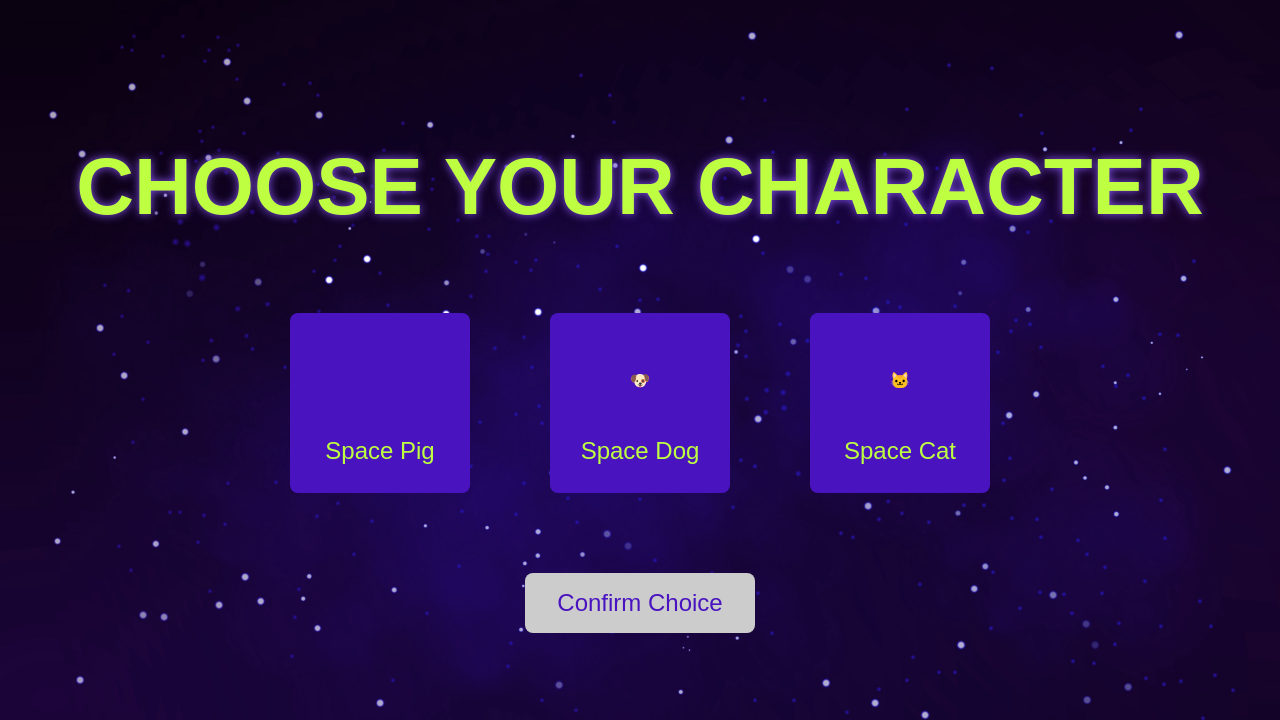
Repository: brunaguarizo/SpaceFarm
Page: index.html
These files come from the project's save history. The page is drawn as it stood at one moment and after the next save; the edit follows.
The browser window is 1280 px wide. The pictures show the whole page.
Some web fonts or font styles are not loaded; a fallback is used.

Above is the page before, as saved 2025-04-24 11:26:03.

After the next save:
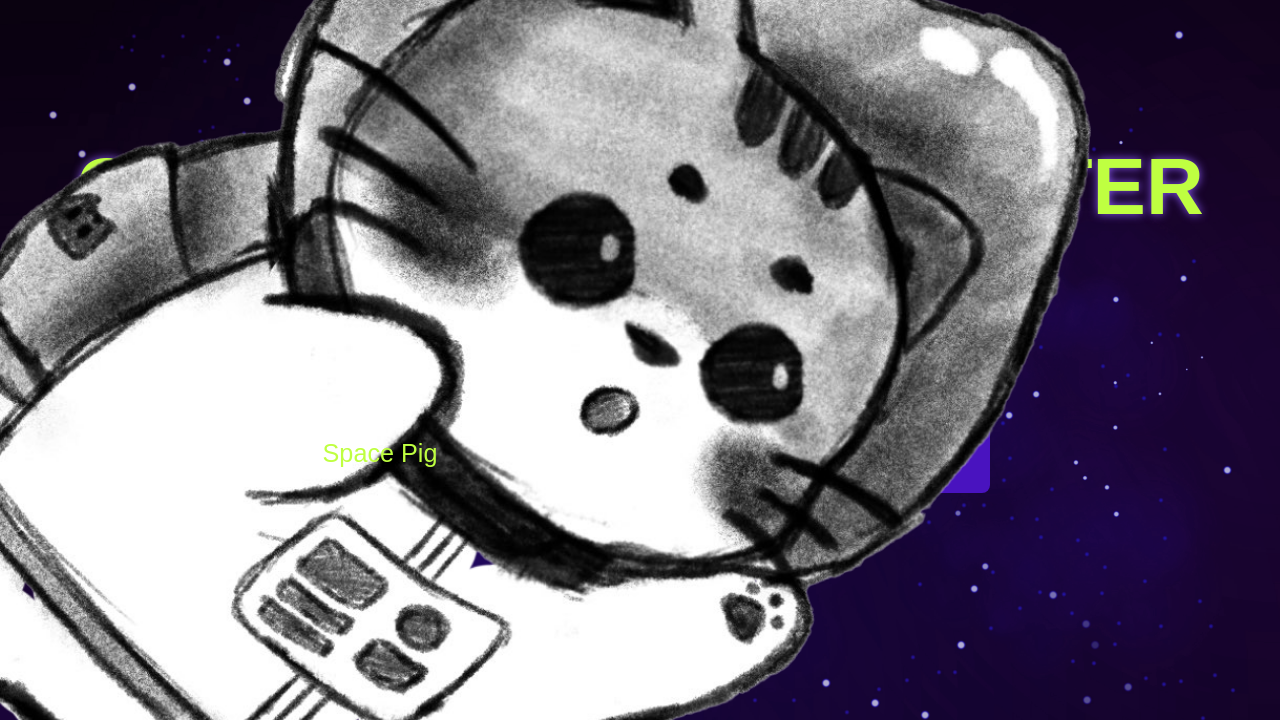
Saved 6 min 28 s later.
--- a/index.html
+++ b/index.html
@@ -30,7 +30,7 @@
                     <div
                         class="character-option"
                         data-character="pig">
-                        <div class="character-icon"><img href="" alt=""></img></div>
+                        <div class="character-icon"><img src="img/cat.png" alt=""></img></div>
                         <div class="character-label">Space Pig</div>
                     </div>
                     <div
